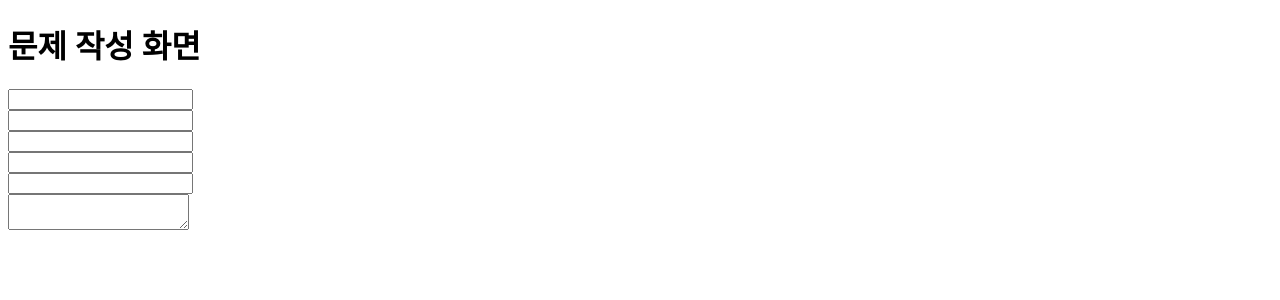
Repository: ryuhm48/Opensource-Project05
Page: http://localhost/Problems/Problems/ProblemWrite.jsp
An editor plug-in stored every save of this project. The page is shown before and after the next save, followed by the edit.
The browser window is 1280 px wide. The pictures show the whole page.
The page is served by Tomcat 9.

Above is the page before, as saved 2019-06-02 01:21:50.

After the next save:
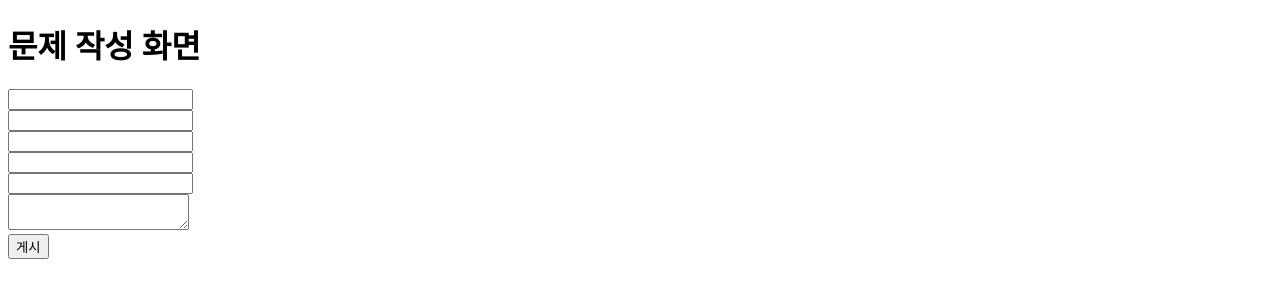
Saved 45 s later.
--- a/문제 풀이 제출 추가/Problems/WebContent/Problems/ProblemWrite.jsp
+++ b/문제 풀이 제출 추가/Problems/WebContent/Problems/ProblemWrite.jsp
@@ -17,6 +17,10 @@ pageEncoding="UTF-8"%>
 		<input type = "text" name = "problemLanguage"><br/>
 		<input type = "text" name = "writerName"><br/>
 		<textarea name = "problemContent" rows="" cols=""></textarea><br/>
+		<input type = "submit" value = "게시">
 	</form>
+
+
+
 </body>
 </html>
